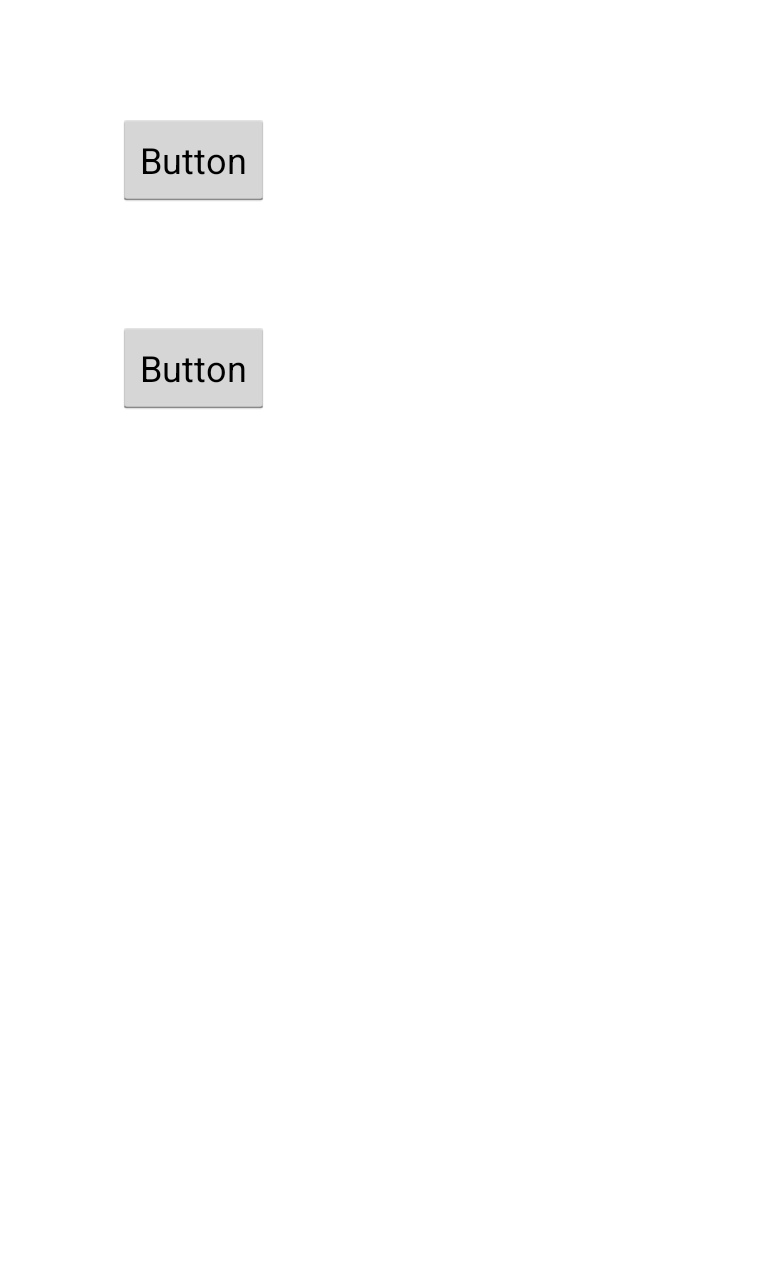
Repository: MonkeyZZZZ/OwnCode
Layout: a20Service/res/layout/activity_main.xml
An editor plug-in stored every save of this project. The layout is shown before and after the next save, followed by the edit.
It is drawn on a 768 x 1280 px phone screen (xhdpi) without system bars, with theme AppTheme; the app's code is not run.

Above is the layout before, as saved 2016-02-23 06:19:22.

After the next save:
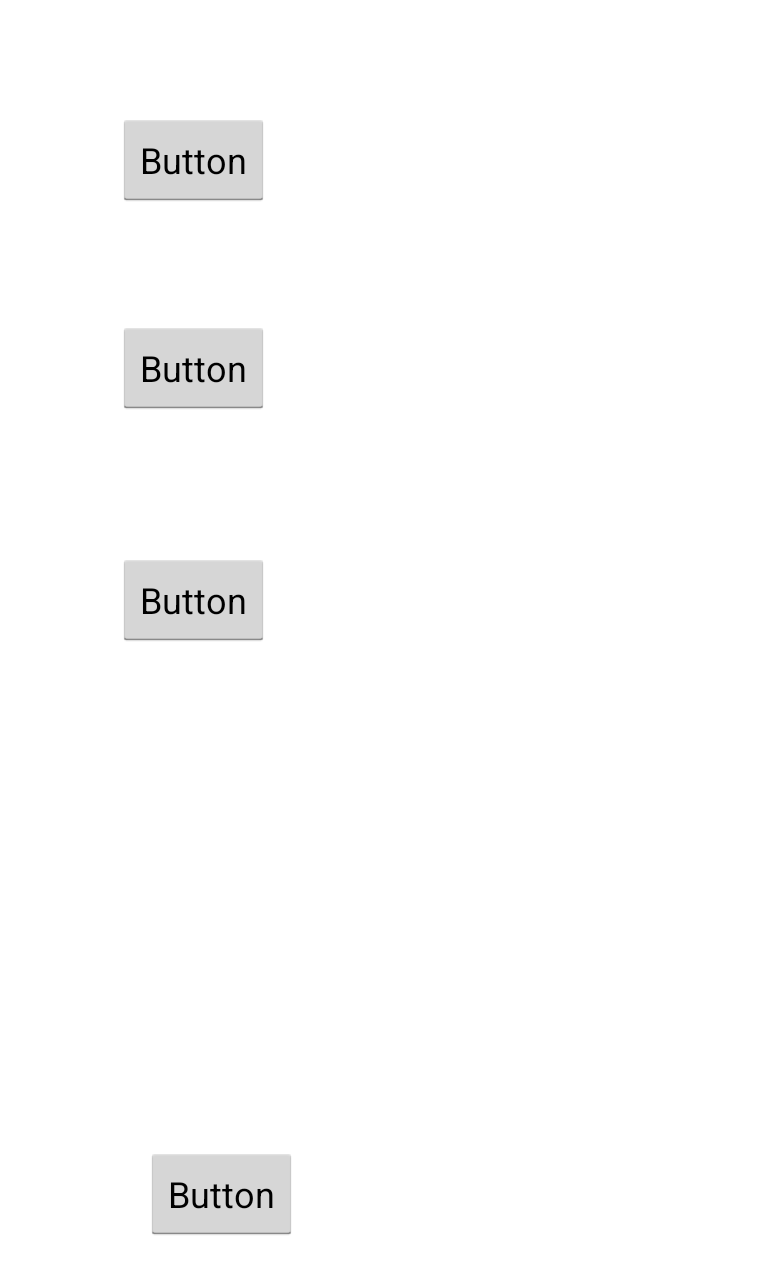
Saved 33 s later.
--- a/a20Service/res/layout/activity_main.xml
+++ b/a20Service/res/layout/activity_main.xml
@@ -23,4 +23,23 @@
         android:layout_marginTop="56dp"
         android:text="Button" />
 
+    <Button
+        android:id="@+id/button3"
+        android:layout_width="wrap_content"
+        android:layout_height="wrap_content"
+        android:layout_alignLeft="@+id/button2"
+        android:layout_below="@+id/button2"
+        android:layout_marginTop="68dp"
+        android:text="Button" />
+
+    <Button
+        android:id="@+id/button4"
+        android:layout_width="wrap_content"
+        android:layout_height="wrap_content"
+        android:layout_alignLeft="@+id/button3"
+        android:layout_alignParentBottom="true"
+        android:layout_marginBottom="19dp"
+        android:layout_marginLeft="14dp"
+        android:text="Button" />
+
 </RelativeLayout>
